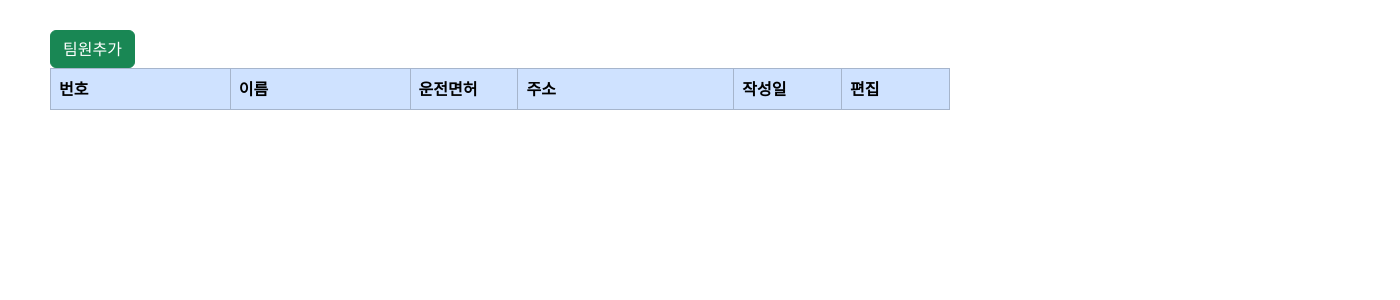
Repository: GANADAG/jspProject
Page: http://localhost/JspProject/team/teamList.jsp
The author's editor kept a copy of each file at every save. The page is drawn from the files as they stood at one save, then again after the next save.
The browser window is 1280 px wide. The page is 1280 px wide, then 1400 px, then 1280 px, so the pictures cover 1400 px, including what lies to the right of the window. The pictures show the whole page.
Some web fonts or font styles are not loaded; a fallback is used. The page is served by Tomcat 9. Queries for data that is not in the repository find no rows.

Above is the page before, as saved 2024-03-06 02:56:48.

After the next save:
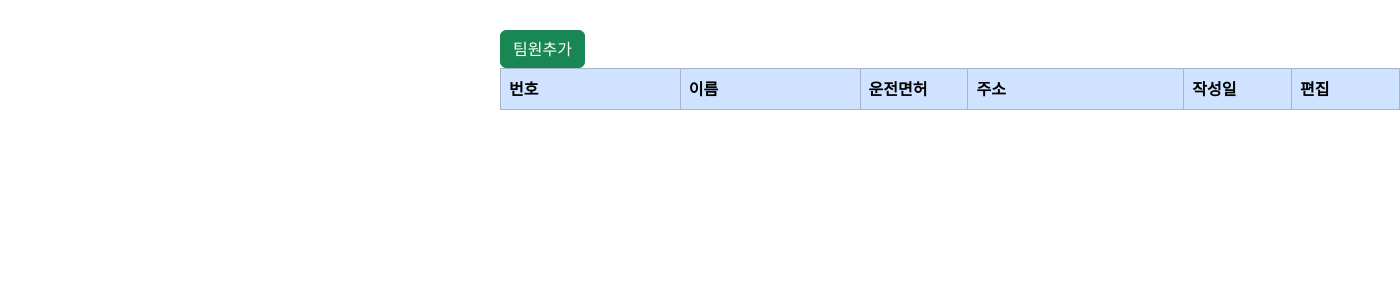
Saved 82 s later.
--- a/JspProject/src/main/webapp/team/teamList.jsp
+++ b/JspProject/src/main/webapp/team/teamList.jsp
@@ -23,7 +23,7 @@
 
 	%>
 </body>
-	<div style="margin:30px 50px;">
+	<div style="margin:30px 500px;">
 		<button type="button" class="btn btn-success"
 		onclick="location.href='addForm.jsp'">팀원추가</button>
 

After the save that followed:
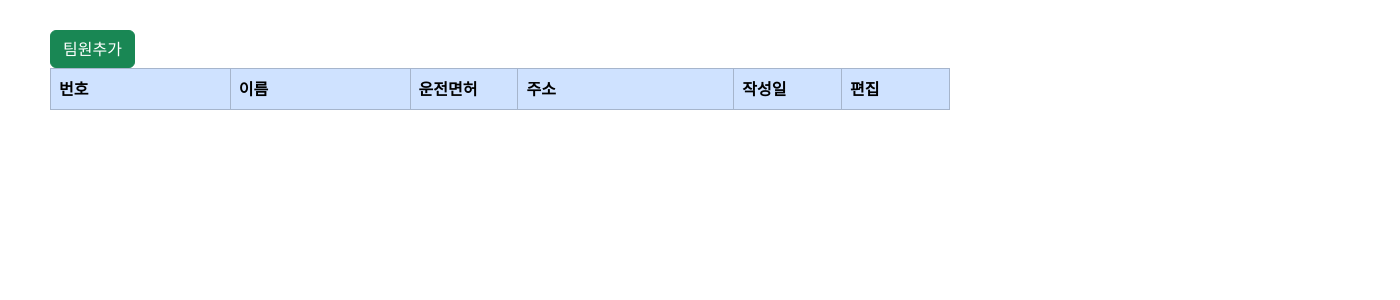
Saved 5 s later.
--- a/JspProject/src/main/webapp/team/teamList.jsp
+++ b/JspProject/src/main/webapp/team/teamList.jsp
@@ -23,7 +23,7 @@
 
 	%>
 </body>
-	<div style="margin:30px 500px;">
+	<div style="margin:30px 50px;">
 		<button type="button" class="btn btn-success"
 		onclick="location.href='addForm.jsp'">팀원추가</button>
 
